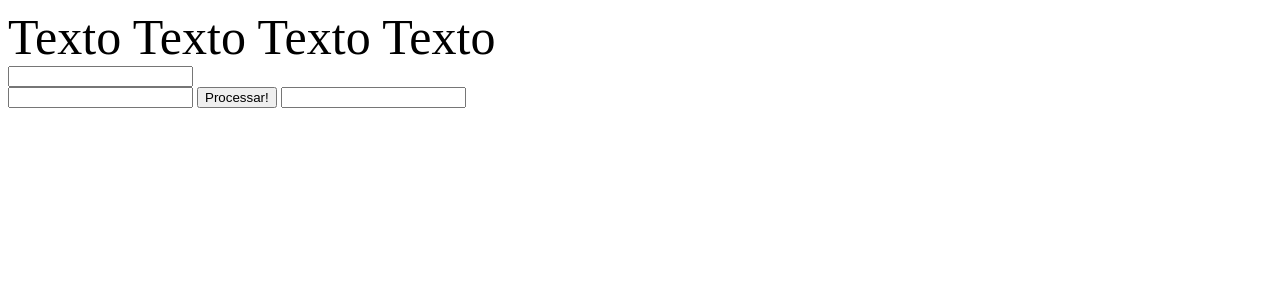
Repository: Zenxdu/eduardo
Page: html/anatomiaTag.html
These files come from the project's save history. The page is drawn as it stood at one moment and after the next save; the edit follows.
The browser window is 1280 px wide. The pictures show the whole page.

Above is the page before, as saved 2023-01-09 15:59:58.

### html/anatomiaTag.html
<html>
  <TAG>
   <!-- Corpo da Tag -->
   <bla>
       <opa>Texto</opa>
       <opa>Texto</opa>
       <opa>Texto</opa>
       <opa>Texto</opa>
   </bla>
    <style>
        bla {
            font-size : 50px;
            color: black;
        }
    </style>
  </tag>

  <!-- HTML --> <meta><br><input>
   <tag /><meta /><br /><input />

  <tag param1="valor1" param2='valor2'>
    <!-- Corpo da Tag -->
   </tag>

   <tag param1="valor1" param2='valor2' />

   <input type="button" value="Processar!">

   <input type="text" v-if v-for v-else>

    <Calendario></Calendario>

</html>

After the next save:
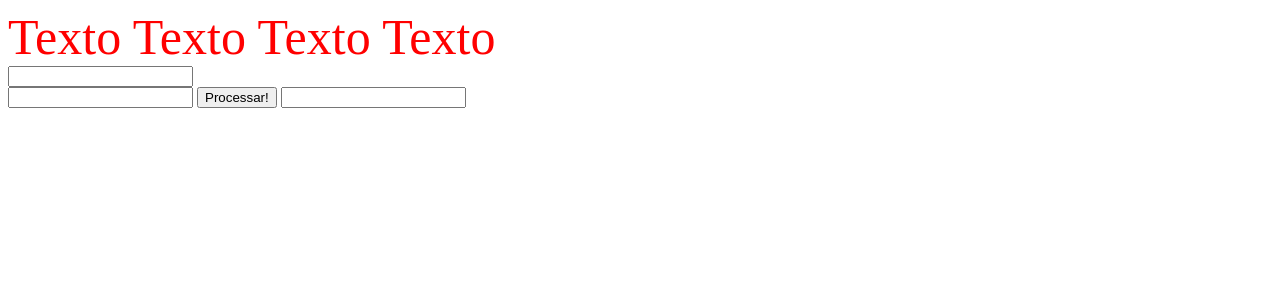
Saved 21 s later.
--- a/html/anatomiaTag.html
+++ b/html/anatomiaTag.html
@@ -10,7 +10,7 @@
     <style>
         bla {
             font-size : 50px;
-            color: black;
+            color: red;
         }
     </style>
   </tag>
